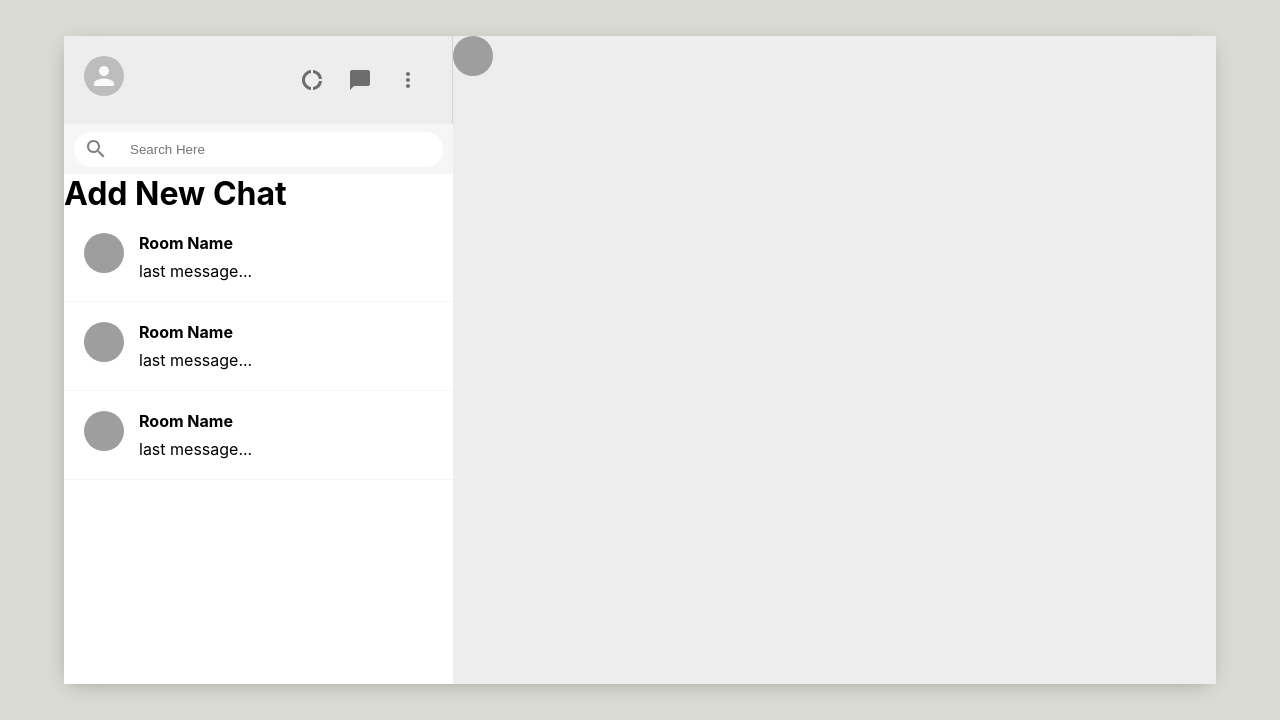
Repository: Prafullkuma/whatsappclon
Page: /
An editor plug-in stored every save of this project. The page is shown before and after a run of saves, followed by the edit.
The browser window is 1280 px wide. The pictures show the whole page.
Pictures or frames that could not be fetched are drawn as grey boxes. The project was rebuilt for these pictures with package versions that can differ from the ones it lists, and the page was loaded fresh each time. Also part of the build but not shown: src/Component/mainChat.css.

Above is the page before, as saved 2020-08-19 12:51:04.

### src/App.js
import React from 'react';
import './App.css';
import Sidebar from './Component/Sidebar'
import Chat from './Component/MainChat'
function App() {
  return (
    <div className="app">
      <div className="app__body">
        <Sidebar />
        <Chat />
      </div>
    </div>
  );
}

export default App;

### src/App.css
.app{
  background-color: #dadbd3;
  height: 100vh;
  display: grid;
  place-items: center;
}
.app__body{
  display: flex;
  height: 90vh;
  width: 90vw;
  background-color: #ededed;
  box-shadow: -1px 4px 20px -6px rgba(0, 0, 0, 0.3);
}

### src/Component/Sidebar.js
import React from 'react'
import { Avatar, IconButton } from '@material-ui/core';
import DonutLargeIcon from '@material-ui/icons/DonutLarge';
import ChatBubbleIcon from '@material-ui/icons/ChatBubble';
import MoreVertIcon from '@material-ui/icons/MoreVert';
import SearchIcon from '@material-ui/icons/Search';
import './Sidebar.css'
import SidebarChat from './Chat/SidebarChat';
function Slidebar() {
    return (
        <div className="sidebar">
            <div className="sidebar_header">
                <Avatar />
                <div className="sidebar_headerRight">
                    <IconButton>
                        <DonutLargeIcon />
                    </IconButton>
                    <IconButton>
                        <ChatBubbleIcon />
                    </IconButton>
                    <IconButton>
                        <MoreVertIcon />
                    </IconButton>
                </div>
            </div>
            <div className="sidebar_search">
                <div className="search_container">
                    <SearchIcon />
                    <input type="text"
                        placeholder="Search Here" />
                </div>
            </div>
            <div className="sidebar_chat">
                <SidebarChat addNewChat />
                <SidebarChat />
                <SidebarChat />
                <SidebarChat />
            </div>
        </div >
    )
}

export default Slidebar

### src/Component/MainChat.js
import React, { useState, useEffect } from 'react'
import './mainChat.css'
import { Avatar } from '@material-ui/core'
function MainChat() {
    const [seed, setSeed] = useState('')
    useEffect(() => {
        setSeed(Math.floor(Math.random() * 5000))
    }, [])

    return (
        <div className="mainChat">
            <div className="mainChat_header">
                <Avatar src={`https://avatars.dicebear.com/api/human/${seed}.svg`} />
            </div>
            <div className="mainChat_body">

            </div>
            <div className="mainChat_footer">

            </div>

        </div>
    )
}

export default MainChat

### src/Component/Sidebar.css
.sidebar{
 display: flex;
 flex-direction: column;
 flex: 0.35;
}
.sidebar_header{
    display: flex;
    justify-content: space-between;
    padding: 20px;
    border-right: 1px solid lightgray;
}
.sidebar_headerRight{
    display: flex;
    align-items: center;
    justify-content: space-between;
    min-width: 9vw;
}
.sidebar_headerRight>.MuiSvgIcon-root{
    margin-right: 2vw;
    font-size: 24px !important;
}
.sidebar_search{
    display: flex;
    align-items: center;
    background-color: #f6f6f6;
    height: 30px;
    padding: 10px;
}
.search_container{
display: flex;
align-items: center;
background-color: white;
width: 100%;
height: 35px;
border-radius: 20px;
}
.search_container>input{
    border: none;
    margin-left: 10px;
}
.search_container>.MuiSvgIcon-root{
    color: gray;
    padding: 10px;
}
.sidebar_chat{
    flex: 1;
    background-color: white;
    overflow: scroll;
}

### src/Component/Chat/SidebarChat.js
import React, { useState, useEffect } from 'react'
import './sidebarChat.css'
import { Avatar } from '@material-ui/core'


function SidebarChat({ addNewChat }) {
    const [seed, setSeed] = useState('')

    useEffect(() => {
        setSeed(Math.floor(Math.random() * 5000))
    }, [])

    const createChat = () => {
        const roomName = prompt("Please enter name for room")
        if (roomName) {
            ///do some cleaver stuff(database)
        }

    }
    return !addNewChat ? (
        <div className="sidebarChat">
            <Avatar src={`https://avatars.dicebear.com/api/human/${seed}.svg`} />
            <div className="sidebarchat_info">
                <h2>Room Name</h2>
                <p>last message...</p>
            </div>
        </div>
    ) : <div onClick={createChat}
        className="createNewChat">
            <h1>Add New Chat</h1>
        </div>
}

export default SidebarChat

### src/Component/Chat/sidebarChat.css
.sidebarChat{
    display: flex;
    padding: 20px;
    cursor: pointer;
    border-bottom:1px solid #f6f6f6 ;
}
.sidebarChat:hover{
    background-color: green;
}
.sidebarchat_info>h2{
font-size: 16px;
margin-bottom: 8px;
}
.sidebarchat_info{
    margin-left: 15px;
}

Loaded but not shown: public/index.html (common file); src/index.js (common file); src/index.css (common file)

After the next 2 saves:
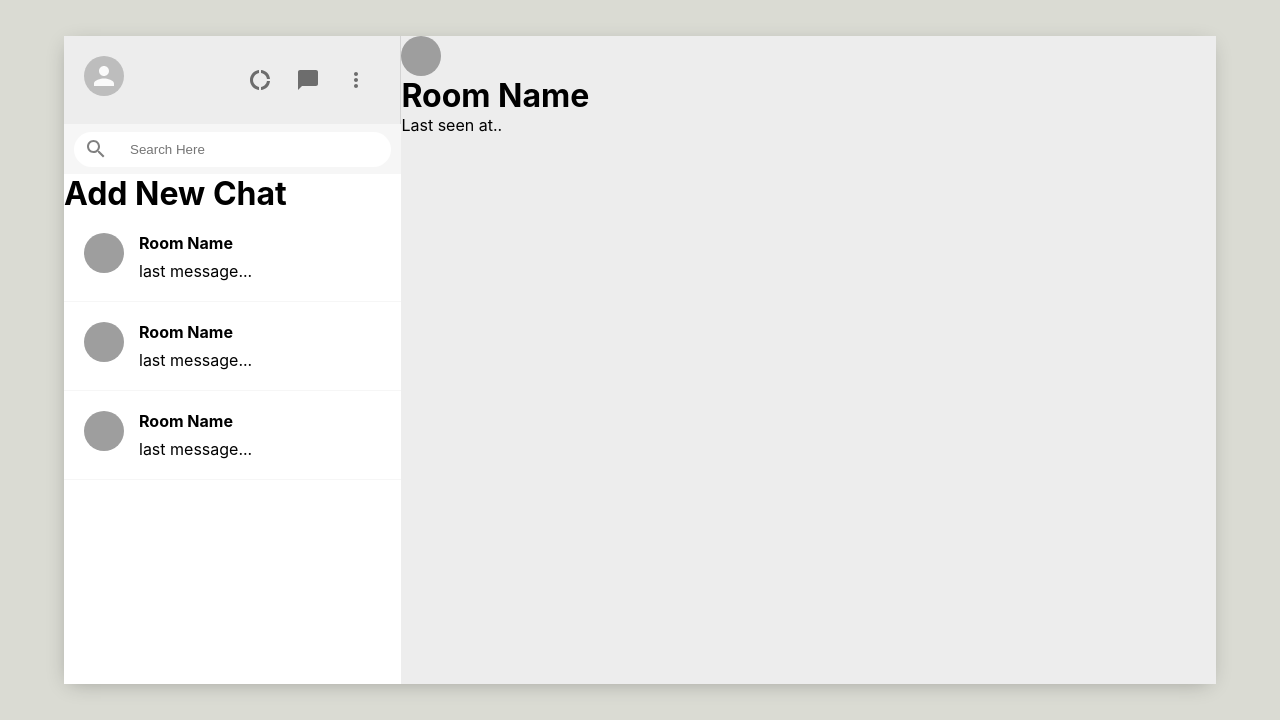
The 2 saves are shown as one change because they came seconds apart.
The last was saved 93 s later.
--- a/src/Component/MainChat.js
+++ b/src/Component/MainChat.js
@@ -11,6 +11,10 @@ function MainChat() {
         <div className="mainChat">
             <div className="mainChat_header">
                 <Avatar src={`https://avatars.dicebear.com/api/human/${seed}.svg`} />
+                <div className="chat_headerInfo">
+                    <h1>Room Name</h1>
+                    <p>Last seen at..</p>
+                </div>
             </div>
             <div className="mainChat_body">
 
